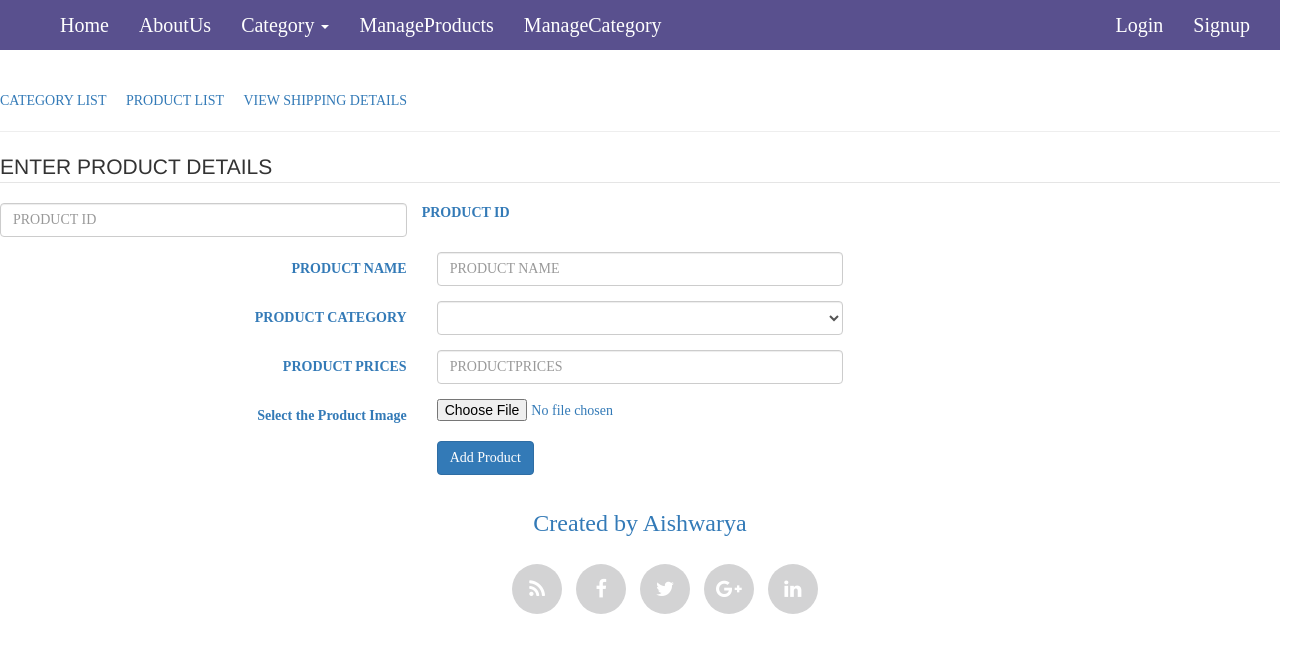
Repository: qwertuy/DTPROGRAMSPROJECTS
Page: http://localhost/Ecommerce/WEB-INF/views/Adding.jsp
The author's editor kept a copy of each file at every save. The page is drawn from the files as they stood at one save, then again after the next save.
The browser window is 1280 px wide. The page is 1295 px wide, so the pictures cover 1295 px, including what lies to the right of the window. The pictures show the whole page.
Some web fonts or font styles are not loaded; a fallback is used. Some web libraries are served in a nearby version. The page is served by Tomcat 9. Nobody is signed in. Other server files are loaded and not shown. The template is opened directly, without the code that normally fills it, so the values that code supplies are empty.

Above is the page before, as saved 2018-03-18 12:02:43.
Console error: SyntaxError: Unexpected token '{'

### Ecommerce/src/main/webapp/WEB-INF/views/Adding.jsp
<%@ page language="java" contentType="text/html; charset=ISO-8859-1"
    pageEncoding="ISO-8859-1"%>
<!DOCTYPE html PUBLIC "-//W3C//DTD HTML 4.01 Transitional//EN" "http://www.w3.org/TR/html4/loose.dtd">

<%@ taglib prefix="form" uri="http://www.springframework.org/tags/form"%>
<%@ taglib uri="http://java.sun.com/jsp/jstl/core" prefix="c"%>

<html>
<head>
<meta http-equiv="Content-Type" content="text/html; charset=ISO-8859-1">
<title>Insert title here</title>
<!-- To Access the Bootstrap link -->
<link rel="stylesheet" href="https://maxcdn.bootstrapcdn.com/bootstrap/3.3.7/css/bootstrap.min.css">
<script src="https://ajax.googleapis.com/ajax/libs/jquery/3.2.1/jquery.min.js"></script>
<script src="https://maxcdn.bootstrapcdn.com/bootstrap/3.3.7/js/bootstrap.min.js"></script>
<link href="//maxcdn.bootstrapcdn.com/font-awesome/4.1.0/css/font-awesome.min.css" rel="stylesheet">

</head>
<body>

<!-- AddProduct coding  started -->
<jsp:include page="header.jsp"></jsp:include><br><br>
<a href="categorylist" style="font-family: Baskerville Old Face;">CATEGORY LIST</a>&nbsp;&nbsp;&nbsp;&nbsp;
<!-- <a href="supplierlist" style="font-family: fantasy;">SUPPLIERLIST</a>&nbsp;&nbsp;&nbsp;&nbsp; -->
<a href="productlistview" style="font-family: Baskerville Old Face;">PRODUCT LIST</a>&nbsp;&nbsp;&nbsp;&nbsp;
<a href="viewshipdetails" style="font-family: Baskerville Old Face;">VIEW SHIPPING DETAILS</a>&nbsp;&nbsp;&nbsp;&nbsp;

<hr>
<form class="form-horizontal" action="addProduct" method="post" enctype="multipart/form-data">
<fieldset>

<!-- Form Name -->
<legend>ENTER PRODUCT DETAILS</legend>
<a href="" style="colour:black;font-family:Aharoni">


<!-- Text input-->
<div class="form-group">
  <label style="col-md-4 control-label" for="product_id">PRODUCT ID</label>
  <div class="col-md-4">
  <input id="product_id"  name="id" placeholder="PRODUCT ID" class="form-control input-md" required="" type="text">

  </div>
</div>

<!-- Text input-->
<div class="form-group">
  <label class="col-md-4 control-label" for="product_name"style="colour:black;font-family: Aharoni">PRODUCT NAME</label>
  <div class="col-md-4">
  <input id="product_name" name="pname" placeholder="PRODUCT NAME" class="form-control input-md" required="" type="text">

  </div>
</div>


<!-- Select Basic -->
<div class="form-group">
  <label class="col-md-4 control-label" for="product_categorie"style="colour:black;font-family: Aharoni">PRODUCT CATEGORY</label>
  <div class="col-md-4">
    <select id="product_categorie" name="cid" class="form-control">

             <c:forEach var="cList" items="${clist}">

                <option value="${cList.categoryid}">${cList.categoryname}</option>
                </c:forEach>
    </select>
  </div>
</div>

<!-- Text input-->
<div class="form-group">
  <label class="col-md-4 control-label" for="product_prices"style="colour:black;font-family: Aharoni">PRODUCT PRICES</label>
  <div class="col-md-4">
  <input id="available_quantity" name="price" placeholder="PRODUCTPRICES" class="form-control input-md" required="" type="text">

  </div>
</div>

 <!-- File Button -->
<div class="form-group">
  <label class="col-md-4 control-label" for="filebutton"style="colour:black;font-family: Aharoni">Select the Product Image</label>
  <div class="col-md-4">
    <input id="filebutton" name="file" class="input-file" type="file">
  </div>
</div>

<!-- Button -->
<div class="form-group">
  <label class="col-md-4 control-label" for="singlebutton"></label>
  <div class="col-md-4">
    <button id="singlebutton" name="singlebutton" class="btn btn-primary"style="colour:black;font-family:Bradley Hand ITC">Add Product</button>
  </div>
  </div>

</fieldset>
</form>

      <%--  <!-- AddCategory -->

       <form class="form-horizontal" action="category"  method="post">
<fieldset>

<!-- Form Name -->
<legend>ADD CATEGORY</legend>

<!-- Text input-->
<div class="form-group">
  <label class="col-md-4 control-label" for="product_id">CATEGORY ID</label>
  <div class="col-md-4">
  <input id="category_id"  name="c_id" placeholder="CATEGORY ID" class="form-control input-md" required="" type="text">

  </div>
</div>

<!-- Text input-->
<div class="form-group">
  <label class="col-md-4 control-label" for="product_name">CATEGORY NAME</label>
  <div class="col-md-4">
  <input id="category_name" name="c_name" placeholder="CATEGORY NAME" class="form-control input-md" required="" type="text">

  </div>
</div>





<!-- Button -->
<div class="form-group">
  <label class="col-md-4 control-label" for="singlebutton"></label>
  <div class="col-md-4">
    <button id="singlebutton" name="singlebutton" class="btn btn-primary">AddCategory</button>
  </div>
  </div>

</fieldset>
</form> --%>
    <jsp:include page="footer.jsp"></jsp:include>


</body>
</html>

### Ecommerce/src/main/webapp/WEB-INF/views/header.jsp
<%@ page language="java" contentType="text/html; charset=ISO-8859-1"
    pageEncoding="ISO-8859-1"%>
    <%@ taglib prefix = "c" uri = "http://java.sun.com/jsp/jstl/core" %>
<!DOCTYPE html PUBLIC "-//W3C//DTD HTML 4.01 Transitional//EN" "http://www.w3.org/TR/html4/loose.dtd">
<html>
<head>
<meta http-equiv="Content-Type" content="text/html; charset=ISO-8859-1">
<title>BOHEMIAN</title>

 <link rel="stylesheet" href="https://maxcdn.bootstrapcdn.com/bootstrap/3.3.7/css/bootstrap.min.css">
  <script src="https://ajax.googleapis.com/ajax/libs/jquery/3.2.1/jquery.min.js"></script>
  <script src="https://maxcdn.bootstrapcdn.com/bootstrap/3.3.7/js/bootstrap.min.js"></script>
  <link href="//maxcdn.bootstrapcdn.com/font-awesome/4.1.0/css/font-awesome.min.css" rel="stylesheet">

<style type="text/css">
  .backgroundclr
  {
    background-color: #59508e;
  }
</style>

<!-- datatable -->
<link rel="stylesheet" href="https://maxcdn.bootstrapcdn.com/bootstrap/3.3.7/css/bootstrap.min.css" integrity="sha384-BVYiiSIFeK1dGmJRAkycuHAHRg32OmUcww7on3RYdg4Va+PmSTsz/K68vbdEjh4u" crossorigin="anonymous">

<link rel="stylesheet" type="text/css" href="./resources/css/dataTables.bootstrap.min.css"/>

<link rel="stylesheet" type="text/css" href="./resources/css/ss.css"/>


<link rel="stylesheet" type="text/css" href="./resources/css/datatables.css"/>


<link rel="stylesheet" type="text/css" href="./resources/css/datatables.min.css"/>

<script
  src="https://code.jquery.com/jquery-3.2.1.min.js"
  integrity="sha256-hwg4gsxgFZhOsEEamdOYGBf13FyQuiTwlAQgxVSNgt4="
  crossorigin="anonymous"></script>
  <script type="text/javascript" src="./resources/js/jquery.dataTables.min.js"></script>
<script type="text/javascript" src="./resources/js/dataTables.bootstrap.min.css"></script>

<script type="text/javascript">
$(document).ready(function(){
    $('.table').DataTable();
});
</script>
<!-- end -->
</head>
<body>
<nav class="backgroundclr">
	<div class="container-fluid">

		<div class="navbar-header">
			<button type="button" class="navbar-toggle collapsed"
				data-toggle="collapse" data-target="#bs-example-navbar-collapse-1"
				aria-expanded="false">
				<span class="sr-only">Toggle navigation</span> <span
					class="icon-bar"></span> <span class="icon-bar"></span> <span
					class="icon-bar"></span>
			</button>

			<a class="navbar-brand" href="./">
			<%-- 	<img src='<c:url value="./resources/images/boho.jpg" />' class="img-circle" width="50px" height="25px" /> --%>
			<%-- <img src="${pageContext.request.contextPath}/resources/images/weblog1.jpg" class="img-circle" width="50px" height="25px"/> --%>
			</a>
		</div>

		<div class="collapse navbar-collapse">
			<ul class="nav navbar-nav">
			  <li ><a href="" style="font-size:20px;color:white;font-family:Aharoni">Home</a></li>
				<li><a href="" style="font-size:20px;color:white;font-family:Aharoni">AboutUs</a></li>
				<li class="dropdown" style="font-family:Aharoni"><a href="#" class="dropdown-toggle" data-toggle="dropdown" role="button" aria-haspopup="true"
					aria-expanded="Aharoni"  style="font-size:20px;color:white">Category <span class="caret"></span></a>
					<ul class="dropdown-menu">

						<c:forEach items="${clist}" var="p">
						 <li><a href="categoryproductlist?id=${p.categoryid}">${p.categoryname}</a></li>
						 <%-- <li><a href='<c:url value="categoryproductlist?id=${p.categoryid}">${p.categoryname}"/>'</a></li> --%>
						</c:forEach>
						</li>

					</ul>

				</li>
					 <li style="font-family:Aharoni"><a href="<c:url value="/admin/add"/>" role="button" aria-haspopup="true"
					aria-expanded="false" style="font-size:20px;color:white">ManageProducts</a>

					<li style="font-family:Aharoni"><a href="<c:url value="/admin/add1"/>" role="button" aria-haspopup="true"
					aria-expanded="false" style="font-size:20px;color:white">ManageCategory</a>

					</li>


					</li>
					<!-- <li><a href="<c:url value="admin/productlistview"/>" style="font-family: fantasy;">PRODUCTLIST</a>-->
			</ul>


				<c:if test="${pageContext.request.userPrincipal.name  == 'admin'}">
                                <li><a href="<c:url value="/admin" />">Admin</a></li>
                 </c:if>
                 </ul>
			  <ul class="nav navbar-nav navbar-right">
			  <c:if test="${pageContext.request.userPrincipal.name == null }">
					<li>
					<%-- <a href=' <c:url value="/login" />'>Login</a> --%>
					</li>
					<li style="font-family:Aharoni" ><a href="<c:url value="admin/add"/>" role="button" aria-haspopup="Aharoni"
					aria-expanded="false" style="font-size:20px;color:white">Login</a> </li>
				<li style="font-family:Aharoni"><a href=' <c:url value="/reg" />'class="Aharoni" style="font-size:20px;color:white">Signup</a></li>

				</c:if>
				<c:if test="${pageContext.request.userPrincipal.name  != null}">
                               <li><a>Welcome: ${pageContext.request.userPrincipal.name}</a></li>
	              				<li><a href='<c:url value="/logout" />'>Signout</a></li>
                 </c:if>

				</ul>

		</div>
	</div>
</nav>
</body>
</html>

### Ecommerce/src/main/webapp/WEB-INF/views/footer.jsp
<%@ page language="java" contentType="text/html; charset=ISO-8859-1"
    pageEncoding="ISO-8859-1"%>
<!DOCTYPE html PUBLIC "-//W3C//DTD HTML 4.01 Transitional//EN" "http://www.w3.org/TR/html4/loose.dtd">
<html>
<head>
<meta http-equiv="Content-Type" content="text/html; charset=ISO-8859-1">
<title>BOHEMIAN</title>
<link rel="stylesheet" href="https://maxcdn.bootstrapcdn.com/bootstrap/3.3.7/css/bootstrap.min.css">
  <script src="https://ajax.googleapis.com/ajax/libs/jquery/3.2.1/jquery.min.js"></script>
  <script src="https://maxcdn.bootstrapcdn.com/bootstrap/3.3.7/js/bootstrap.min.js"></script>
  <link href="//maxcdn.bootstrapcdn.com/font-awesome/4.2.0/css/font-awesome.min.css" rel="stylesheet">
  <style type="text/css">


/*=========================
  Icons
 ================= */

/* footer social icons */
ul.social-network {
	list-style: none;
	display: inline;
	margin-left:0 !important;
	padding: 0;
}
ul.social-network li {
	display: inline;
	margin: 0 5px;
}


/* footer social icons */
.social-network a.icoRss:hover {
	background-color: #F56504;
}
.social-network a.icoFacebook:hover {
	background-color:#3B5998;
}
.social-network a.icoTwitter:hover {
	background-color:#33ccff;
}
.social-network a.icoGoogle:hover {
	background-color:#BD3518;
}
.social-network a.icoVimeo:hover {
	background-color:#0590B8;
}
.social-network a.icoLinkedin:hover {
	background-color:#007bb7;
}
.social-network a.icoRss:hover i, .social-network a.icoFacebook:hover i, .social-network a.icoTwitter:hover i,
.social-network a.icoGoogle:hover i, .social-network a.icoVimeo:hover i, .social-network a.icoLinkedin:hover i {
	color:#fff;
}
a.socialIcon:hover, .socialHoverClass {
	color:#44BCDD;
}

.social-circle li a {
	display:inline-block;
	position:relative;
	margin:0 auto 0 auto;
	-moz-border-radius:50%;
	-webkit-border-radius:50%;
	border-radius:50%;
	text-align:center;
	width: 50px;
	height: 50px;
	font-size:20px;
}
.social-circle li i {
	margin:0;
	line-height:50px;
	text-align: center;
}

.social-circle li a:hover i, .triggeredHover {
	-moz-transform: rotate(360deg);
	-webkit-transform: rotate(360deg);
	-ms--transform: rotate(360deg);
	transform: rotate(360deg);
	-webkit-transition: all 0.2s;
	-moz-transition: all 0.2s;
	-o-transition: all 0.2s;
	-ms-transition: all 0.2s;
	transition: all 0.2s;
}
.social-circle i {
	color: #fff;
	-webkit-transition: all 0.8s;
	-moz-transition: all 0.8s;
	-o-transition: all 0.8s;
	-ms-transition: all 0.8s;
	transition: all 0.8s;
}


  </style>
</head>
<body>
<center><h3>Created by Aishwarya</h3>
<!--Pulling Awesome Font -->



    			<div class="col-md-12">
                    <ul class="social-network social-circle">
                        <li><a href="#" class="icoRss" title="Rss" style="background-color: #D3D3D4"><i class="fa fa-rss"></i></a></li>
                        <li><a href="#" class="icoFacebook" title="Facebook" style="background-color: #D3D3D4"><i class="fa fa-facebook"></i></a></li>
                        <li><a href="#" class="icoTwitter" title="Twitter" style="background-color: #D3D3D4"><i class="fa fa-twitter"></i></a></li>
                        <li><a href="#" class="icoGoogle" title="Google +" style="background-color: #D3D3D4"><i class="fa fa-google-plus"></i></a></li>
                        <li><a href="#" class="icoLinkedin" title="Linkedin" style="background-color: #D3D3D4"><i class="fa fa-linkedin"></i></a></li>
                    </ul>
				</div>

</center>
</body>
</html>

### Ecommerce/src/main/webapp/resources/css/ss.css
@CHARSET "ISO-8859-1";
.c
{
	background: aqua;
}

Loaded but not shown: Ecommerce/src/main/webapp/resources/css/dataTables.bootstrap.min.css (library); Ecommerce/src/main/webapp/resources/css/datatables.css (common file); Ecommerce/src/main/webapp/resources/css/datatables.min.css (library); Ecommerce/src/main/webapp/resources/js/jquery.dataTables.min.js (library)

After the next save:
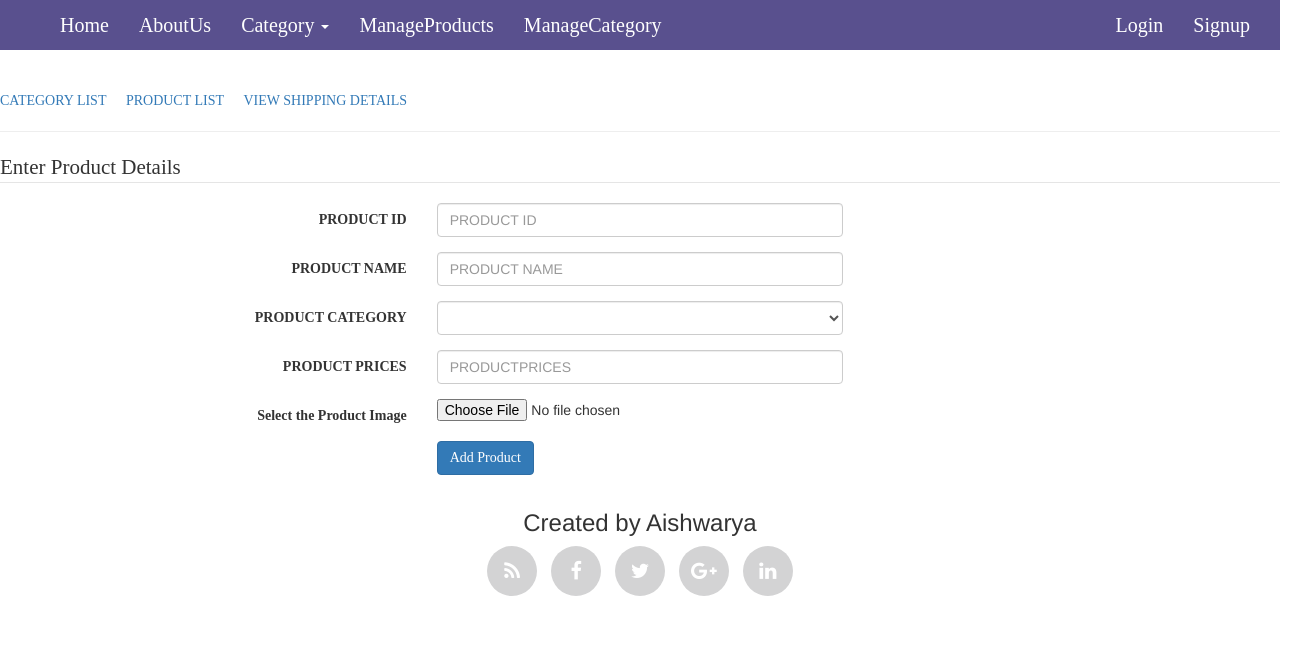
Saved 13 s later.
--- a/Ecommerce/src/main/webapp/WEB-INF/views/Adding.jsp
+++ b/Ecommerce/src/main/webapp/WEB-INF/views/Adding.jsp
@@ -20,23 +20,22 @@
 
 <!-- AddProduct coding  started -->
 <jsp:include page="header.jsp"></jsp:include><br><br>
-<a href="categorylist" style="font-family: Baskerville Old Face;">CATEGORY LIST</a>&nbsp;&nbsp;&nbsp;&nbsp;
-<!-- <a href="supplierlist" style="font-family: fantasy;">SUPPLIERLIST</a>&nbsp;&nbsp;&nbsp;&nbsp; -->
-<a href="productlistview" style="font-family: Baskerville Old Face;">PRODUCT LIST</a>&nbsp;&nbsp;&nbsp;&nbsp;
-<a href="viewshipdetails" style="font-family: Baskerville Old Face;">VIEW SHIPPING DETAILS</a>&nbsp;&nbsp;&nbsp;&nbsp;
+<a href="categorylist" style="font-family: Arial Black;">CATEGORY LIST</a>&nbsp;&nbsp;&nbsp;&nbsp;
+<!-- <a href="supplierlist" style="font-family: Arial Black;">SUPPLIERLIST</a>&nbsp;&nbsp;&nbsp;&nbsp; -->
+<a href="productlistview" style="font-family: Arial Black;">PRODUCT LIST</a>&nbsp;&nbsp;&nbsp;&nbsp;
+<a href="viewshipdetails" style="font-family: Arial Black;">VIEW SHIPPING DETAILS</a>&nbsp;&nbsp;&nbsp;&nbsp;
 
 <hr>
 <form class="form-horizontal" action="addProduct" method="post" enctype="multipart/form-data">
 <fieldset>
 
 <!-- Form Name -->
-<legend>ENTER PRODUCT DETAILS</legend>
-<a href="" style="colour:black;font-family:Aharoni">
+<legend style="colour:black;font-family:Aharoni">Enter Product Details</legend>
 
 
 <!-- Text input-->
 <div class="form-group">
-  <label style="col-md-4 control-label" for="product_id">PRODUCT ID</label>
+  <label class="col-md-4 control-label" for="product_id"style="colour:black;font-family: Aharoni">PRODUCT ID</label>
   <div class="col-md-4">
   <input id="product_id"  name="id" placeholder="PRODUCT ID" class="form-control input-md" required="" type="text">
 
